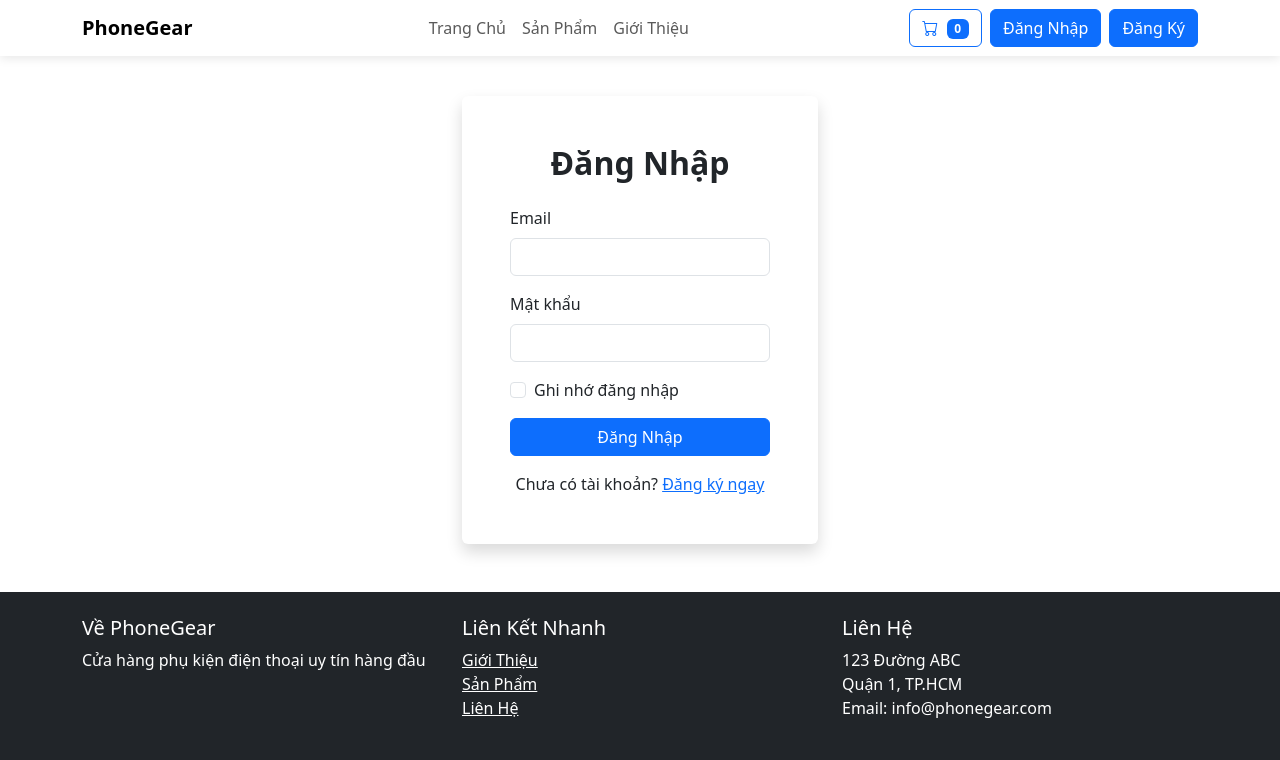
Repository: duyzo/14_23719461_VoNguyenBaoDuy
Page: html/login.html
An editor plug-in stored every save of this project. The page is shown before and after the next save, followed by the edit.
The browser window is 1280 px wide. The pictures show the whole page.
Some icons come from a web library that is not loaded, so they are not drawn. Some web libraries are served in a nearby version.

Above is the page before, as saved 2025-04-22 15:59:08.

After the next save:
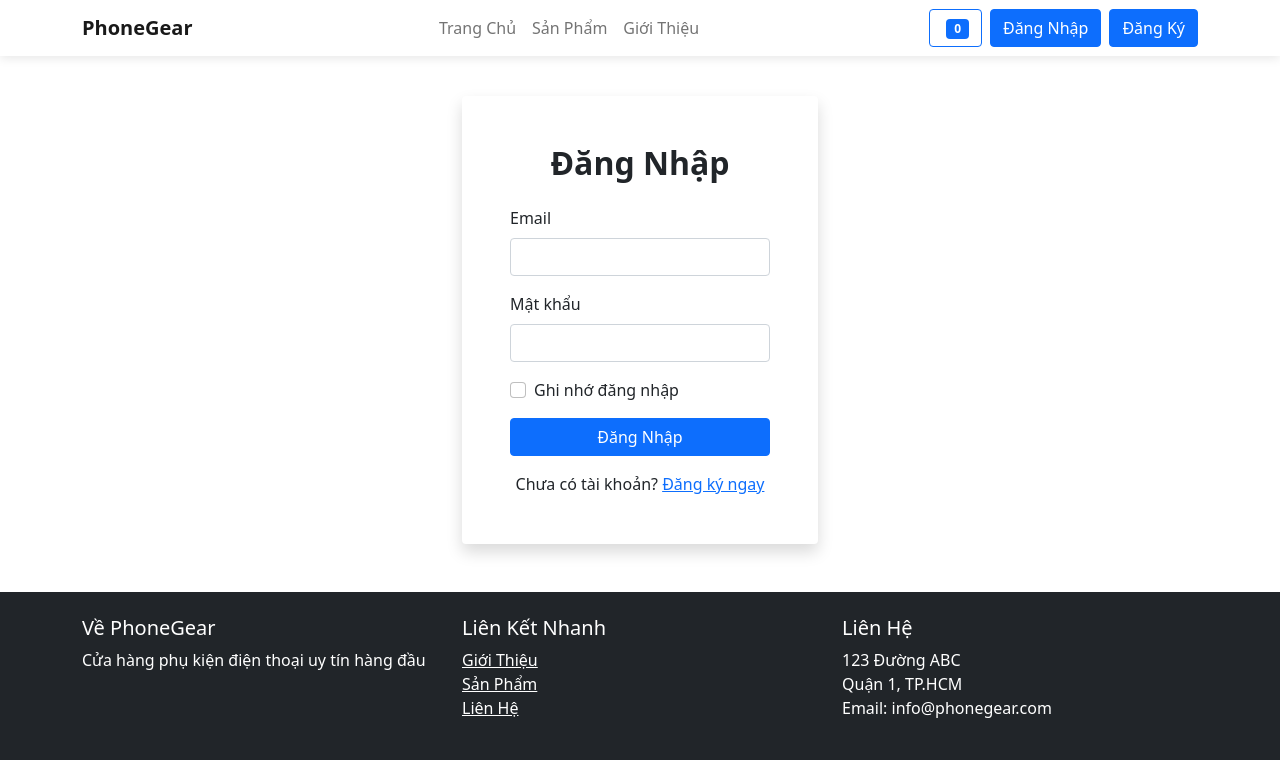
Saved 21 s later.
--- a/html/login.html
+++ b/html/login.html
@@ -4,9 +4,12 @@
     <meta charset="UTF-8">
     <meta name="viewport" content="width=device-width, initial-scale=1.0">
     <title>Đăng Nhập - PhoneGear</title>
-    <link href="https://cdn.jsdelivr.net/npm/bootstrap@5.3.0/dist/css/bootstrap.min.css" rel="stylesheet">
-    <link rel="stylesheet" href="https://cdn.jsdelivr.net/npm/bootstrap-icons@1.7.2/font/bootstrap-icons.css">
+    <link href="../css/bootstrap.min.css" rel="stylesheet">
+    <link href="../css/bootstrap-icons.css" rel="stylesheet">
     <link rel="stylesheet" href="../css/styles.css">
+    <!-- Scripts -->
+    <script src="../js/bootstrap.min.js"></script>
+    <script src="../js/login.js" type="module"></script>
 </head>
 <body>
     <!-- Navigation -->
@@ -102,7 +105,5 @@
         </div>
     </footer>
 
-    <script src="https://cdn.jsdelivr.net/npm/bootstrap@5.3.0/dist/js/bootstrap.bundle.min.js"></script>
-    <script src="../js/login.js" type="module"></script>
 </body>
 </html>
